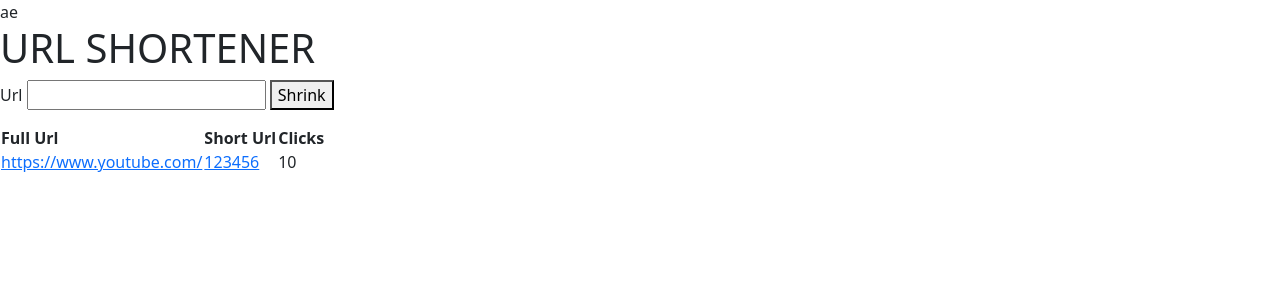
Repository: HarshM0di/URL-SHORTENER
Page: http://localhost/
An editor plug-in stored every save of this project. The page is shown before and after the next save, followed by the edit.
The browser window is 1280 px wide. The pictures show the whole page.
The page is served by the project's Node server (server.js).

Above is the page before, as saved 2022-09-18 10:32:29.

### views/index.ejs
ae<!DOCTYPE html>
<html lang="en">
<head>
    <meta charset="UTF-8">
    <meta http-equiv="X-UA-Compatible" content="IE=edge">
    <meta name="viewport" content="width=device-width, initial-scale=1.0">
    <link href="https://cdn.jsdelivr.net/npm/bootstrap@5.2.1/dist/css/bootstrap.min.css" rel="stylesheet" integrity="sha384-iYQeCzEYFbKjA/T2uDLTpkwGzCiq6soy8tYaI1GyVh/UjpbCx/TYkiZhlZB6+fzT" crossorigin="anonymous">
    <title>Document</title>
</head>
<body>
    <h1> URL SHORTENER </h1>
    <form action "" method = "POST">
        <label for="fulUrl">Url</label>
        <input type="url" name= "fullUrl" id="fullUrl" >
        <button type="submit">Shrink</button>
    </form>

    <table>
        <thead>
            <tr>
                <th>Full Url</th>
                <th>Short Url</th>
                <th>Clicks</th>

            </tr>
        </thead>
        <body>
            <tr>
               <td><a href="https://www.youtube.com/">https://www.youtube.com/</a></td>
            <td><a href="/123456">123456</a></td>
            <td>10</td>
            </tr>
        </body>
    </table>

</body>
</html>

### server.js
const express = require('express')
const app = express()

app.set('view engine', 'ejs')

app.get('/', (req, res) =>{
    res.render('index')
})

app.listen(process.env.PORT || 5000);

After the next save:
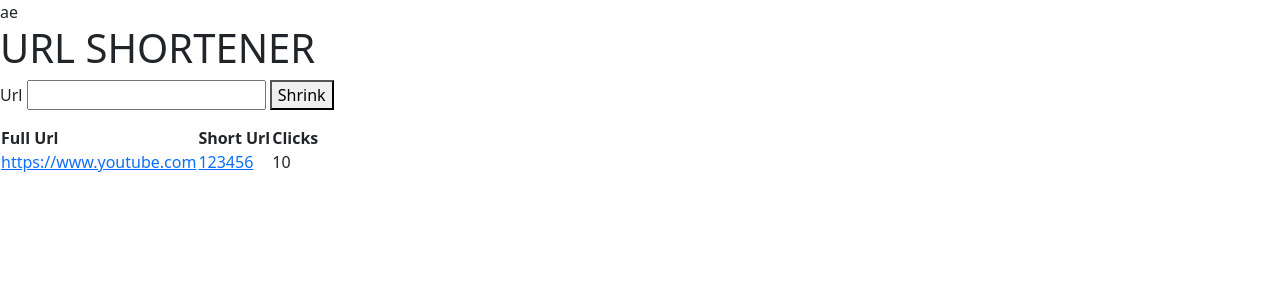
Saved 18 s later.
--- a/views/index.ejs
+++ b/views/index.ejs
@@ -26,7 +26,7 @@
         </thead>
         <body>
             <tr>
-               <td><a href="https://www.youtube.com/">https://www.youtube.com/</a></td>
+               <td><a href="https://www.youtube.com">https://www.youtube.com</a></td>
             <td><a href="/123456">123456</a></td>
             <td>10</td>
             </tr>
